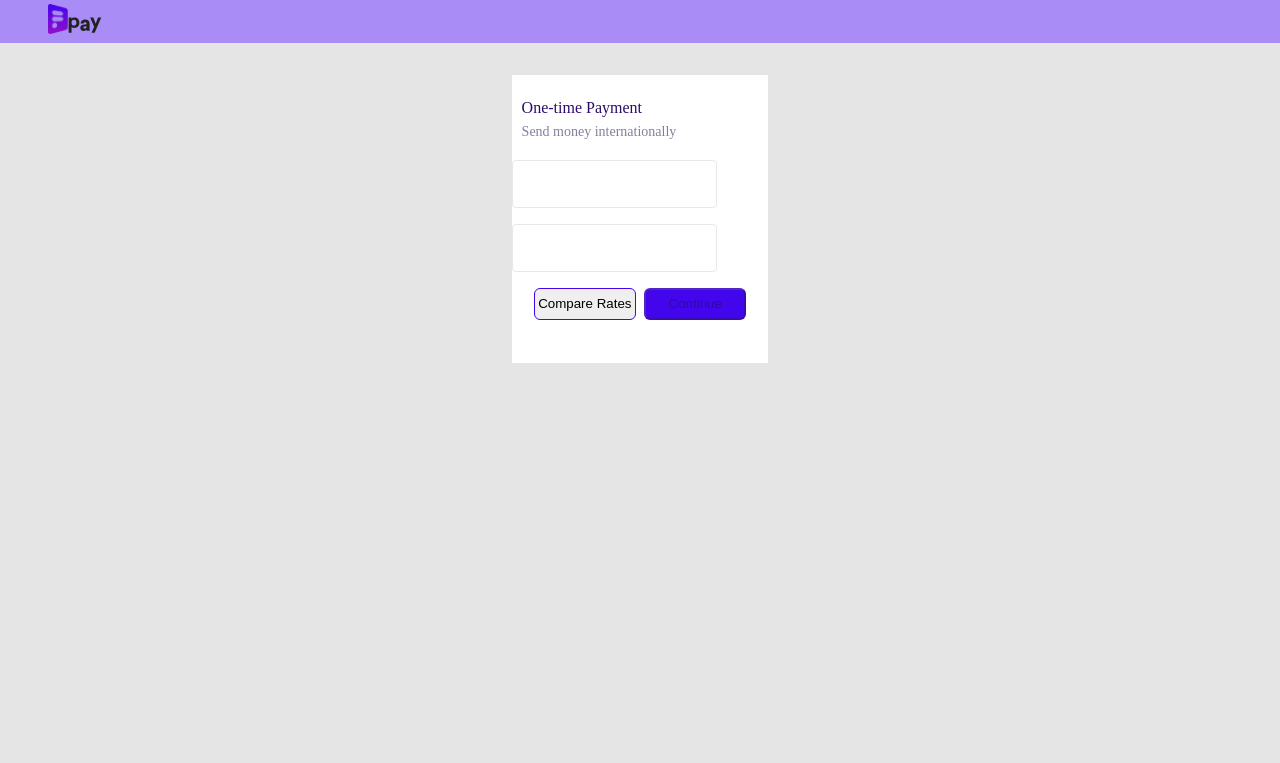
Repository: nilesjamex/fincra
Page: /
These files come from the project's save history. The page is drawn as it stood at one moment and after the next save; the edit follows.
The browser window is 1280 px wide. The pictures show the whole page.
The project was rebuilt for these pictures with package versions that can differ from the ones it lists, and the page was loaded fresh each time. The framework's server and built-in components were replaced by stand-ins that run in the browser. Also part of the build but not shown: next.config.js.

Above is the page before, as saved 2021-11-01 15:13:39.

After the next save:
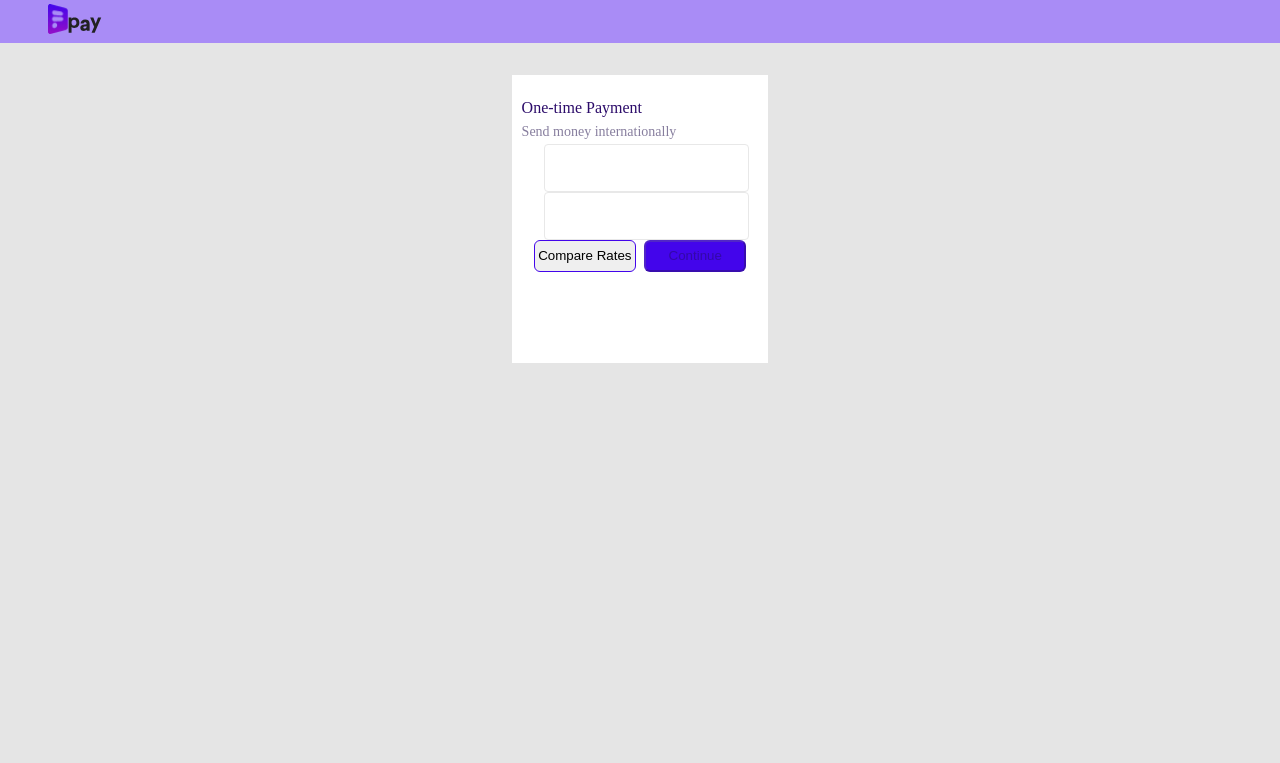
Saved 42 s later.
--- a/Components/pay.module.css
+++ b/Components/pay.module.css
@@ -33,7 +33,7 @@
 }
 .paymentinfo {
     display: block;
-    margin: 1rem 0 1rem 0;
+    margin: 0rem 0 0rem 2rem;
     height: 3rem;
     width: 80%;
     border: 1px solid #E8E8E8;
